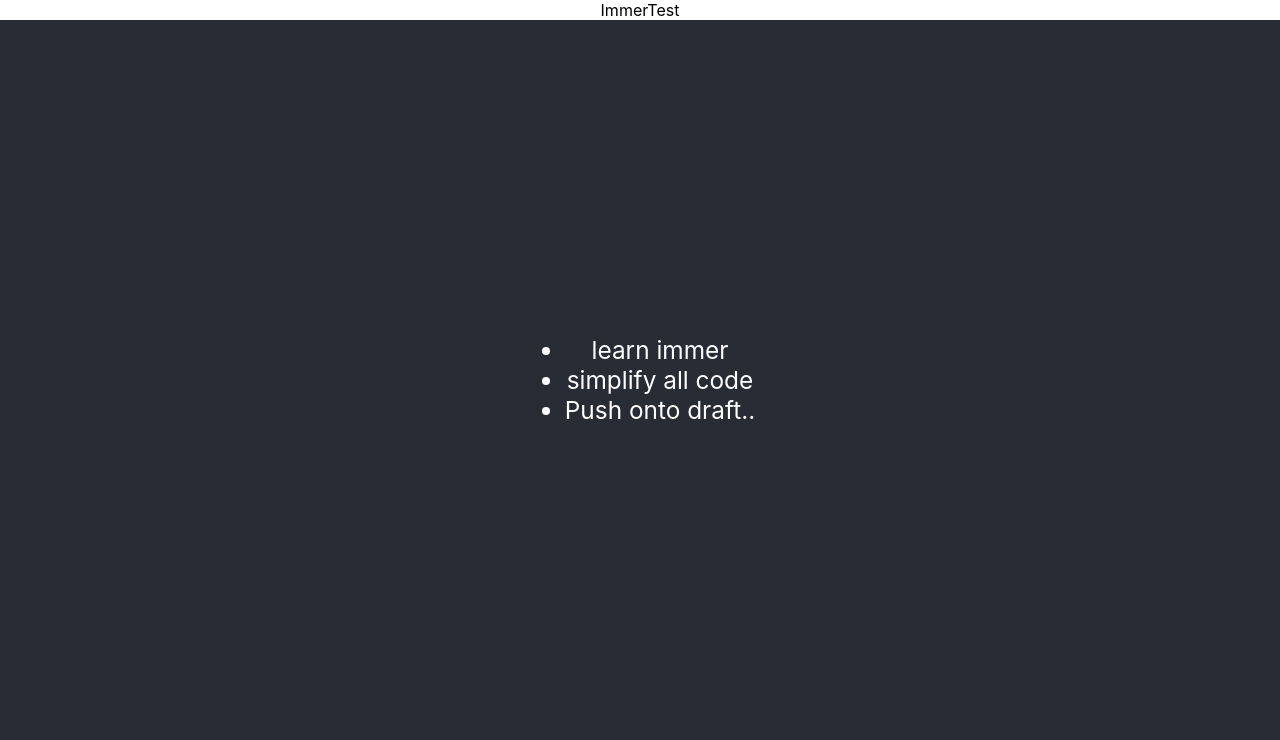
Repository: mhowey-gr8/immer-test
Page: /
These files come from the project's save history. The page is drawn as it stood at one moment and after the next save; the edit follows.
The browser window is 1280 px wide. The pictures show the whole page.
The project was rebuilt for these pictures with package versions that can differ from the ones it lists, and the page was loaded fresh each time.

Above is the page before, as saved 2019-06-20 19:10:38.

After the next save:
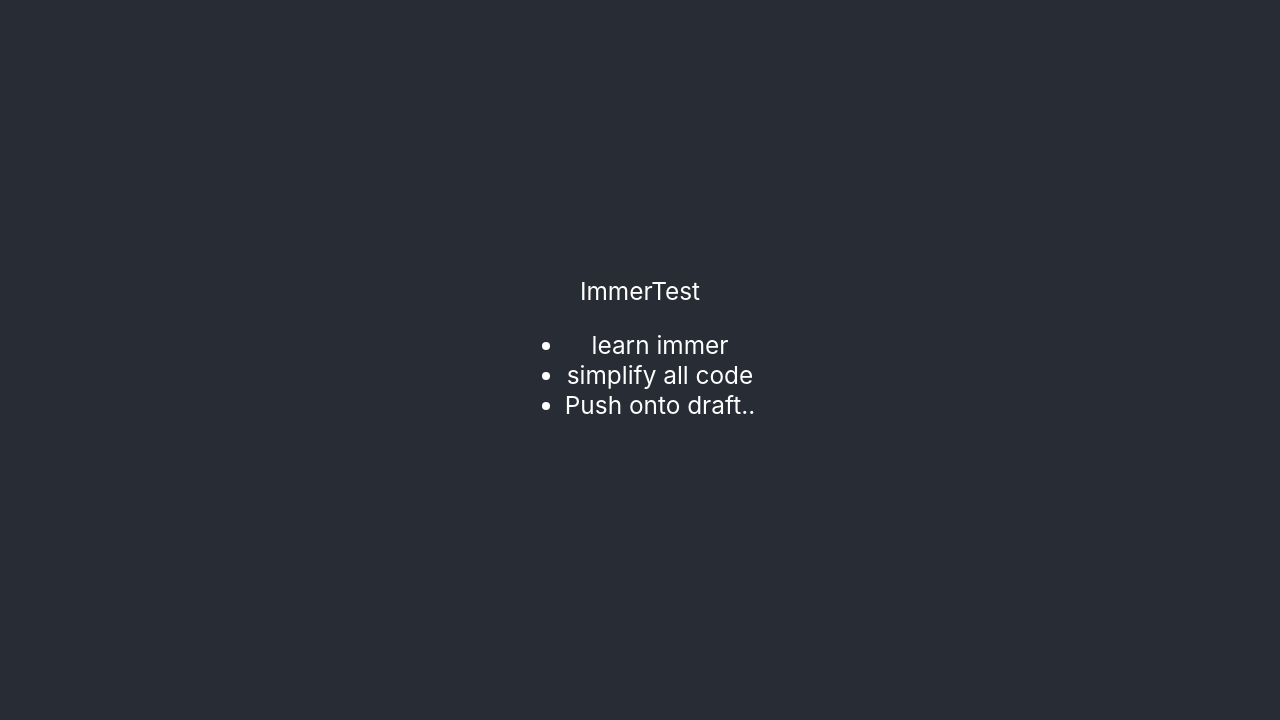
Saved 5 s later.
--- a/src/App.js
+++ b/src/App.js
@@ -21,8 +21,8 @@ function App() {
 
   return (
     <div className='App'>
+      <header className='App-header'>
       <ImmerTest />
-      <header className='App-header'>
         <ul>
           {nextTodos.map(todo => {
             return <li>{todo.text}</li>;
